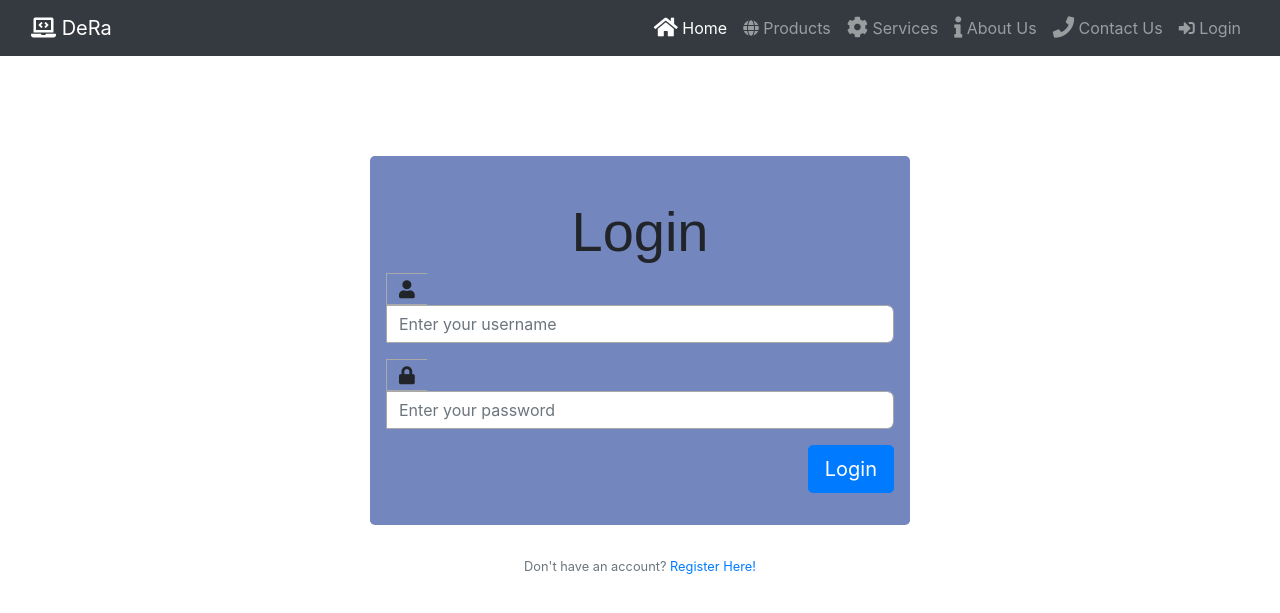
Repository: deividwsantoss/web6201-Lab1
Page: login.html
The author's editor kept a copy of each file at every save. The page is drawn from the files as they stood at one save, then again after the next save.
The browser window is 1280 px wide. The pictures show the whole page.

Above is the page before, as saved 2021-03-03 16:17:57.

### login.html
<!DOCTYPE html>
<html lang="en">
<head>
    <meta charset="UTF-8">
    <meta name="viewport" content="width=device-width, initial-scale=1.0">
    <title>Login</title>
    <!-- CSS Section -->
    <link rel="stylesheet" href="./node_modules/bootstrap/dist/css/bootstrap.min.css">
    <link rel="stylesheet" href="./node_modules/@fortawesome/fontawesome-free/css/all.min.css">
    <link rel="stylesheet" href="./Content/app.css">
</head>
<body>
    <!-- Main Header -->
    <header>
        <!-- Main Navigation -->
        <header>
          <!-- Main Navegation-->
          <nav class="navbar navbar-expand-lg navbar-dark bg-dark">
              <div class="container-fluid">
                <a class="navbar-brand" href="index.html"><i class="fas fa-laptop-code"></i> DeRa</a>
                <button class="navbar-toggler" type="button" data-bs-toggle="collapse" data-bs-target="#navbarSupportedContent" aria-controls="navbarSupportedContent" aria-expanded="false" aria-label="Toggle navigation">
                  <span class="navbar-toggler-icon"></span>
                </button>
                <div class="collapse navbar-collapse" id="navbarSupportedContent">
                  <ul id="mainUl" class="navbar-nav ml-auto mb-2 mb-lg-0">
                    <li class="nav-item">
                      <a class="nav-link active" aria-current="page" href="index.html"><i class="fas fa-home fa-lg"></i> Home</a>
                    </li>
                    <li class="nav-item">
                      <a id="prod" class="nav-link" aria-current="page" href="products.html"><i class="fas fa-globe" name="prod"></i> Products</a>
                    </li>
                    <li class="nav-item">
                      <a class="nav-link" aria-current="page" href="services.html"><i class="fas fa-cog fa-lg"></i> Services</a>
                    </li>
                    <li class="nav-item">
                      <a id="aboutId" class="nav-link" aria-current="page" href="about.html"><i class="fas fa-info fa-lg"></i> About Us</a>
                    </li>
                    <li class="nav-item">
                      <a id="contactId" class="nav-link" aria-current="page" href="contact.html"><i class="fas fa-phone fa-lg"></i> Contact Us</a>
                    </li>
                    <li id="login" class="nav-item">
                      <a class="nav-link" aria-current="page" href="login.html"><i class="fas fa-sign-in-alt"></i> Login</a>
                    </li>
                  </ul>

                </div>
              </div>
            </nav>

      </header>

    <!-- Main Content -->
    <main class="container" id="mainContent">
      <div class="row">
          <div class="offset-md-3 col-md-6 col-sm-12">
                <div class="login" id="contentArea">
                    <h1 class="display-4">Login</h1>
                    <form id="loginForm" novalidate>

                      <div class="form-group">
                        <div class="input-group">
                          <span class="input-group-addon">
                            <i class="fa fa-user">
                            </i>
                          </span>
                          <input type="text" class="form-control" id="contactName" name="userName"  required
                          value="" placeholder="Enter your username">
                        </div>

                      </div>

                      <div class="form-group">
                        <div class="input-group">
                          <span class="input-group-addon">
                            <i class="fa fa-lock">
                            </i>
                          </span>
                          <input type="password" class="form-control" id="password" name="password"  required
                          value="" placeholder="Enter your password">
                        </div>

                      </div>
                      <div class="text-right">
                        <button id="submitButton" type="submit" class="btn btn-primary btn-lg">Login</button>
                      </div>
                    </form>

                </div>
                <p class="text-center text-muted small">
                  Don't have an account?
                  <a href="register.html">Register Here!</a>
                </p>
          </div>
      </div>
  </main>

    <!-- Main Footer -->


    <!-- Script Section-->
    <script src="./node_modules/jquery/dist/jquery.min.js"></script>
    <script src="./node_modules/bootstrap/dist/js/bootstrap.bundle.min.js"></script>
    <script src="./Scripts/namespace.js"></script>
    <script src="./Scripts/app.js"></script>
</body>
</html>

### Content/app.css
/* app.js

Author: Deivid Santos   ID: 100731640
Author: S m hasibur Rahman  ID:100765652

Date Completed: 02.04.2021
*/

html{
    height: 100%;
}
body{
    height: 100%;


}
.bg{
    background-image: url("Background-White.jpg");
    background-repeat: no-repeat;
    background-size: cover;
    background-position: center;
    opacity: 0.8;
    height: 100%;
}

.contactimage{
    background-image:url("contactimg.jpg");
    background-repeat: no-repeat;
    background-size: cover;
    background-position: center;
    opacity: 0.8;
}
.productsbg {
    background-image:url("productsbg.jpg");
    background-repeat: no-repeat;
    background-size: cover;
    background-position: center;
    opacity: 0.8;
    height: 778px;
}

.servicesbackgroud{
    height: 1200px;
    background-image:url("services.jpg");
    background-repeat: repeat;
    background-size: cover;
    background-position: center;
    opacity: 0.8;


}
.aboutus{
    background-image:url("bgimage.jpg");
    background-repeat: no-repeat;
    background-size: cover;
    background-position: center;
    opacity: 0.8;
}
#hrbg{
    background-image:url("hr.jpg");
    background-repeat: no-repeat;
    background-size: cover;
    background-position: center;
    opacity: 0.8;
}

#paragraphOne {
    color: black;
    font-size: 220%;
    margin-top: 25%;
    text-shadow: 2px 2px 4px #000;
    font-family: cursive;
    font-weight: bold;

}
h1{
    margin-top: 2%;
}

#custompg{
    width: 400px;

}

#projectsImg{
    width: 150px;
    margin-top: 10%;
}

#pic{
    width:310px; /* you can use % */
    height: auto;
}
/* */
#formId {
    margin-top: 5%;
}

#aboutmain{
    margin-top: 70px;
}
#dlParagraph{
    margin-top: 10%;
    margin-top: 20%;
    font-size: large;
    font-weight: bold;
}
#scotiaParagraph{
    margin-top: 15%;
    font-size: large;
    font-weight: bold;
}

#mainInformation{
    margin-top: 5%;
    margin-right: 0%;
    margin-left: 0%;
}
#mobileInfo{
    margin-top: 10%;
}

#canadianParagraph {
    margin-top: 15%;
    font-size: large;
    font-weight: bold;
}

.names {
    font-size: larger;
    font-weight: bold;
}

#hrMessage{
    text-align: center;
    margin-top: 200px;
    font-weight: bold;
    font-size: x-large;
}
.input-group-addon:first-child
{
    border-right: 0;
}

.input-group-addon
{
    padding: 6px 12px;
    font-size: 14px;
    font-weight: 400;
    line-height: 1;
    text-align: center;
    border: 1px solid darkgrey;
    border-radius: 4xpx;
}

.input-group-addon .fa
{
    font-size: 18px;
}

.input-group .form-control
{
    position:relative;
    z-index: 2;
    float:left;
    width: 100%;
    margin-bottom: 0;
}

.input-group .form-control:last-child
{
    border-top-left-radius: 0;
    border-bottom-left-radius: 0;
}



.login
{
    padding: 2rem 1rem;
    margin-bottom: 2rem;
    background-color: rgb(115, 135, 190);
    border-radius: .3rem;
    margin-top: 100px;
}

.login input
{
    background-color: white;
    border-color: darkgrey;
    border-radius: .4em;
    width: 100%;
}
.login h1{
    position: static;
    text-align:center;
    font-family: sans-serif;
}

### Scripts/namespace.js
/*
* Student: Deivid Santos
* ID: 100731640
*/

// namespace core

let core;

### Scripts/app.js
/* app.js

Author: Deivid Santos   ID: 100731640
Author: S m hasibur Rahman  ID:100765652

Date Completed: 02.04.2021
*/


"use strict";

((core) =>
{

    function addHr(){

        let navIn = document.getElementById("mainUl");

        let liCreate = document.createElement('li');

        liCreate.innerHTML = `<a id="prod" class="nav-link" aria-current="page" href="hr.html"><i class="fas fa-globe" name="prod"></i> Human Resources</a>`;

        navIn.insertBefore(liCreate, navIn.getElementsByTagName("li")[4]);

    }

    function addFooter(){


        const body = document.body;
        let footerNav = document.createElement('footer');

        footerNav.innerHTML = `<nav class="navbar fixed-bottom navbar-light bg-light">
        <div class="container-fluid">
          <h4 ><i class="fas fa-copyright fa-sm"></i> Copyright 2021 </h4>
      </div>
        </nav>`

        body.appendChild(footerNav);

    }

    function Projects(){
        let productsElement = document.getElementById("prod");
        let prod = `<a id="prod" class="nav-link" aria-current="page" href="products.html"><i class="fas fa-globe" name="prod"></i> Projects</a>`;


        productsElement.innerHTML = prod;

        let prodNameElement = document.getElementById("prodName");
        let projectName = `<h1 id="prodName" class="text-center">Our Projects</h1>`

        prodNameElement.innerHTML = projectName;
    }
    function displayHome(){
        let paragraphOneText = "Welcome to DeRa Development Website for WebD6201";
        let paragraphOneElement = document.getElementById("paragraphOne");

        paragraphOneElement.textContent = paragraphOneText;
        paragraphOneElement.className = "fs-6 ";
    }
    function displayAbout(){

        let NameOneText = "Deivid Santos";
        let NameOneElemenet = document.getElementById("nameOne");

        NameOneElemenet.innerText = NameOneText;

        let NameTwoText = "Hasibur Rahman";
        let NameTwoElemenet = document.getElementById("nameTwo");

        NameTwoElemenet.innerText = NameTwoText;


    }
    function displayProducts(){

        //deloitte
        let dlText = "DeRa is proud for leading the main developing project for DL."
        let dlElement = document.getElementById("dlParagraph");

        dlElement.textContent = dlText;

        //Scotia
        let scotiaText = "Another Big company we are proud to have worked with"
        let scotiaElement = document.getElementById("scotiaParagraph");

        scotiaElement.textContent = scotiaText;
        // Canadian Tire

        let canadianParagraphText = "In 2020 we had the opportunity to work with one of the biggest companies in Canada! ";
        let canadianElement = document.getElementById("canadianParagraph");

        canadianElement.innerText = canadianParagraphText;

    }
    function displayHR(){
        let hrText = "Please, our Human Resources would be happy to get in touch with you by humanresources@dera.ca";
        let hrElement = document.getElementById("hrMessage");

        hrElement.innerText = hrText;
    }
    function displayServices(){

        //intro text
        let servicesIntroText = "DeRa Development can provide you the best customized solution for you";
        let servicesIntroElement = document.getElementById("serviceIntro");
        servicesIntroElement.textContent = servicesIntroText;

        // custom dev text
        let customParagraphText = "DeRa Development have been delivering successful custom programs to our clients since the date we were born. \nSince DeRa was born we have seen a rapid change in website technology which we were always able to adapt";
        let customParagraphElement = document.getElementById("customParagraph");

        customParagraphElement.innerText = customParagraphText;

        //mobile text

        let mobileParagraphText = "We have the knowledge and skills to provide you the best quality solution for any kind of device. \nMobile development is one of our strengths.";
        let mobileParagraphElement = document.getElementById("mobileInfo");

        mobileParagraphElement.innerText = mobileParagraphText;

        //design paragraph
        let webDesignParagraphText = "Our high quality design makes the user interaction a whole new journey";
        let webDesignParagraphElement = document.getElementById("DesParagraph");

        webDesignParagraphElement.innerText = webDesignParagraphText;
    }
    function displayContact(){

        let messageArea = document.getElementById("messageArea");
        messageArea.hidden = true;

        //Form Validation...

        let fullName = document.getElementById("fullName");
        fullName.addEventListener("blur", function(){
            if(fullName.value.length < 2){
                fullName.focus;
                fullName.select();
                messageArea.hidden = false;
                messageArea.className = "alert alert-danger";
                messageArea.textContent = "Please, Enter an appropriate name."
            }
            else{
                messageArea.removeAttribute("Class");
                messageArea.hidden = true;
            }
        });

        //validating number
        let contactNumber = document.getElementById("contactNumber");
        contactNumber.addEventListener("blur", function(){

            if(contactNumber.value.length < 10 || contactNumber.value.length > 10 )
            {
                contactNumber.focus;
                contactNumber.select();
                messageArea.hidden = false;
                messageArea.className = "alert alert-danger";
                messageArea.textContent = "Please, Insert a valid Number";
            }
            else {
                messageArea.removeAttribute("Class");
                messageArea.hidden = true;
            }

        });

        // Validating short text
        let shortMessage = document.getElementById("shortMessage");
        shortMessage.addEventListener("blur", function(){

            if(shortMessage.value.length > 50){
                shortMessage.focus;
                shortMessage.select();
                messageArea.hidden = false;
                messageArea.className = "alert alert-danger";
                messageArea.textContent = "Maximum characters allowed (50)";
            }
            else{
                messageArea.removeAttribute("Class");
                messageArea.hidden = true;
            }
        });

        let sendButton = document.getElementById("sendButton");
        sendButton.addEventListener("click", function(event){
            event.preventDefault();
        });
        document.getElementById("sendButton").onclick = function (){
            location.href = "index.html"
        };

    }
    function displayLogin(){
        let messageArea = $("#messageArea");
      messageArea.hide();

      $("#loginButton").on("click", function()
      {
        let username = $("#username");
        let password = $("#password");
        let success = false;
        let newUser = new core.User();

        // use ajax to access the json file
        $.get("./Data/users.json", function(data)
        {
          // check each user in the users.json file  (linear search)
          for (const user of data.users)
          {
            if(username.val() == user.Username && password.val() == user.Password)
            {
              newUser.fromJSON(user);
              success = true;
              break;
            }
          }

          // if username and password matches - success... then perform login
          if(success)
          {
            // add user to session storage
            sessionStorage.setItem("user", newUser.serialize());

            // hide any error message
            messageArea.removeAttr("class").hide();

            // redirect user to secure area - contact-list.html
            location.href = "contact-list.html";
          }
          else
          {
            // display an error message
            username.trigger("focus").trigger("select");
            messageArea.show().addClass("alert alert-danger").text("Error: Invalid login information");
          }
        });
      });

      $("#cancelButton").on("click", function()
      {
        // clear the login form
        document.forms[0].reset();
        // return to the home page
        location.href = "index.html";
      });

    }
    function displayContactList()
    {
      if (localStorage.length > 0)
      {
        let contactList = document.getElementById("contactList");

        let data = "";

        for (let index = 0; index < localStorage.length; index++)
        {
          let contactData = localStorage.getItem((index + 1).toString());

          let contact = new core.Contact();
          contact.deserialize(contactData);

          data += `<tr>
          <th scope="row">${index + 1}</th>
          <td>${contact.FullName}</td>
          <td>${contact.ContactNumber}</td>
          <td>${contact.EmailAddress}</td>
          <td class="text-center"><button value="${index + 1}" class="btn btn-primary btn-sm edit"><i class="fas fa-edit fa-sm"></i> Edit</button></td>
          <td class="text-center"><button value="${index + 1}" class="btn btn-danger btn-sm delete"><i class="fas fa-trash-alt fa-sm"></i> Delete</button></td>
        </tr>`;
        }

        contactList.innerHTML = data;

        //TODO - need to create an edit page
        $("button.edit").on("click", function(){
          console.log($(this).val());
         });

         //TODO - need to fix this item - it breaks when we delete a middle item
         $("button.delete").on("click", function(){
           if(confirm("Are you sure?"))
           {
            localStorage.removeItem($(this).val());
            location.href = "contact-list.html"; // refresh the page
           }
         });
      }
    }



    function Start(){
        console.log("App Start...");

        switch (document.title) {

            case 'Home':
                displayHome();
                break;
            case 'About':
                displayAbout();
                break;
            case 'Products':
                displayProducts();
                break;
            case 'Services':
                displayServices();
                break;
            case 'Contact':
                displayContact();
                break;
            case 'HR':
                displayHR();
                break;
            case 'Login':
                displayLogin();
                break;
            case 'Register':
                break;
            case "Contact-List":
                displayContactList();
                break;

        }


    }

  //  window.addEventListener("load",addFooter);
   // window.addEventListener("load",Projects);
   // window.addEventListener("load",Start);
   // window.onload = addHr();

   window.addEventListener("load", Start);

    core.Start = Start;

})(core || (core={}));

Loaded but not shown: node_modules/bootstrap/dist/css/bootstrap.min.css (library); node_modules/@fortawesome/fontawesome-free/css/all.min.css (library); node_modules/jquery/dist/jquery.min.js (library); node_modules/bootstrap/dist/js/bootstrap.bundle.min.js (library)

After the next save:
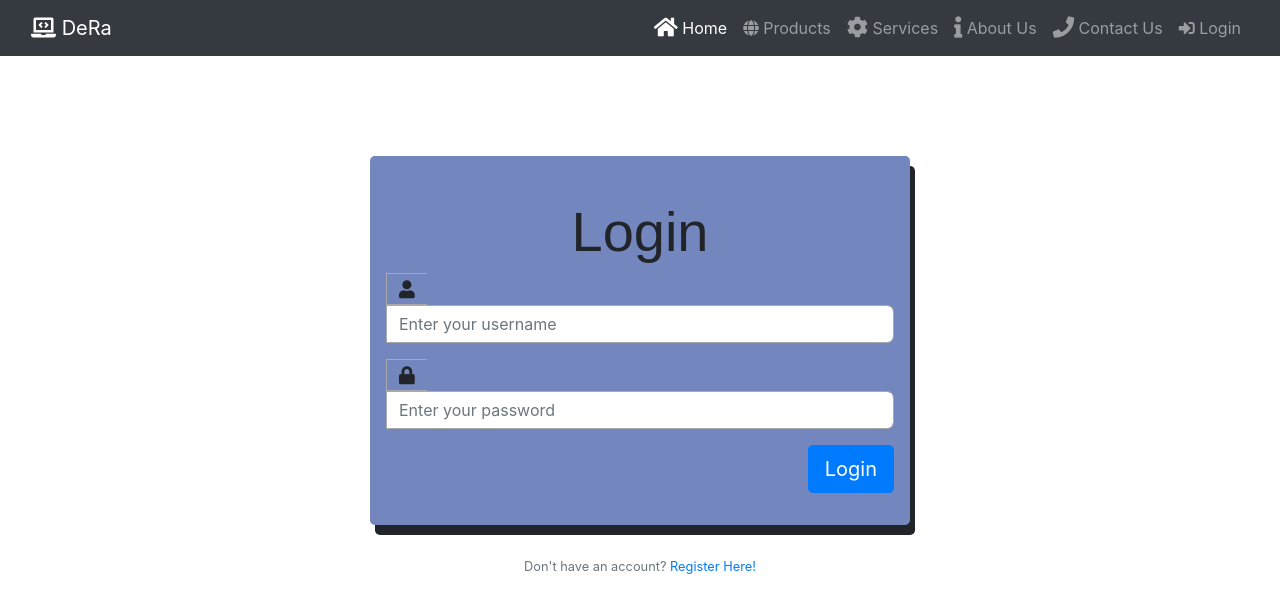
Saved 3 min 2 s later.
--- a/Content/app.css
+++ b/Content/app.css
@@ -182,6 +182,7 @@ h1{
     background-color: rgb(115, 135, 190);
     border-radius: .3rem;
     margin-top: 100px;
+    box-shadow: 5px 10px;
 }
 
 .login input
